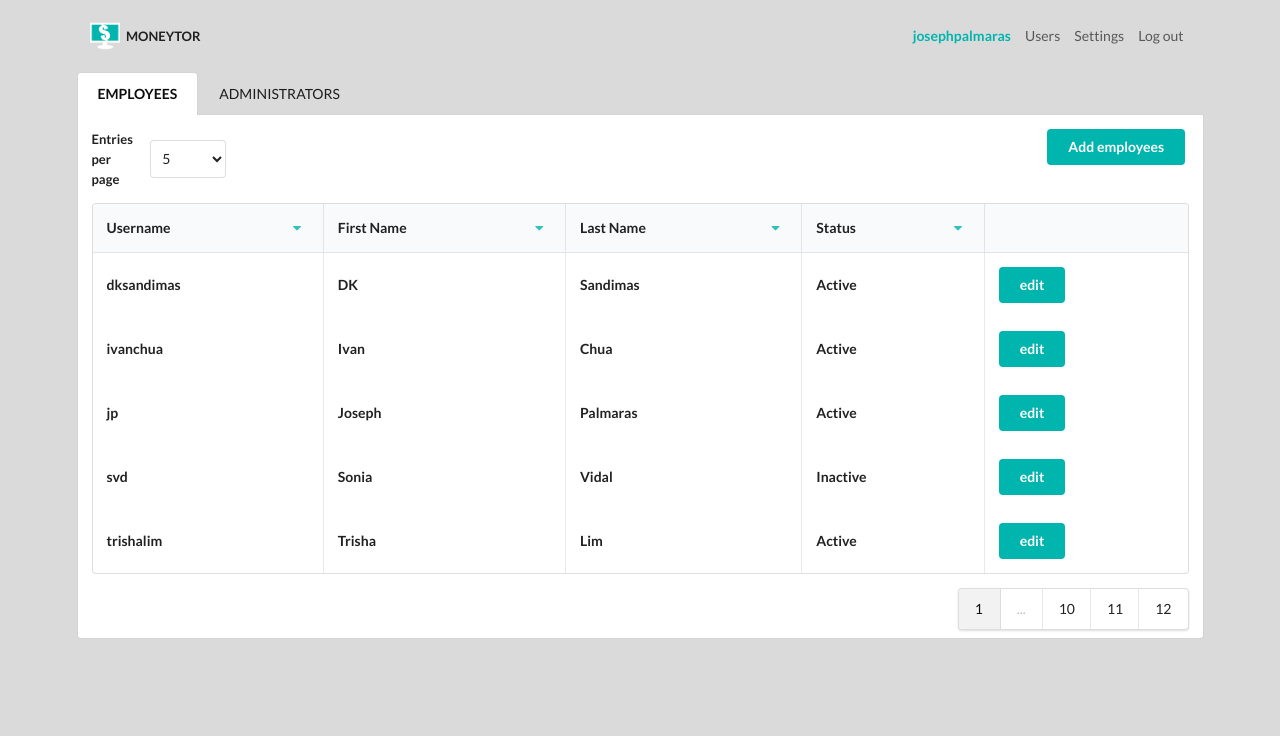
Repository: TV5/MoneyTor
Page: Workspace/MoneyTor/war/users.html
The author's editor kept a copy of each file at every save. The page is drawn from the files as they stood at one save, then again after the next save.
The browser window is 1280 px wide. The pictures show the whole page.

Above is the page before, as saved 2015-10-08 05:47:16.

After the next save:
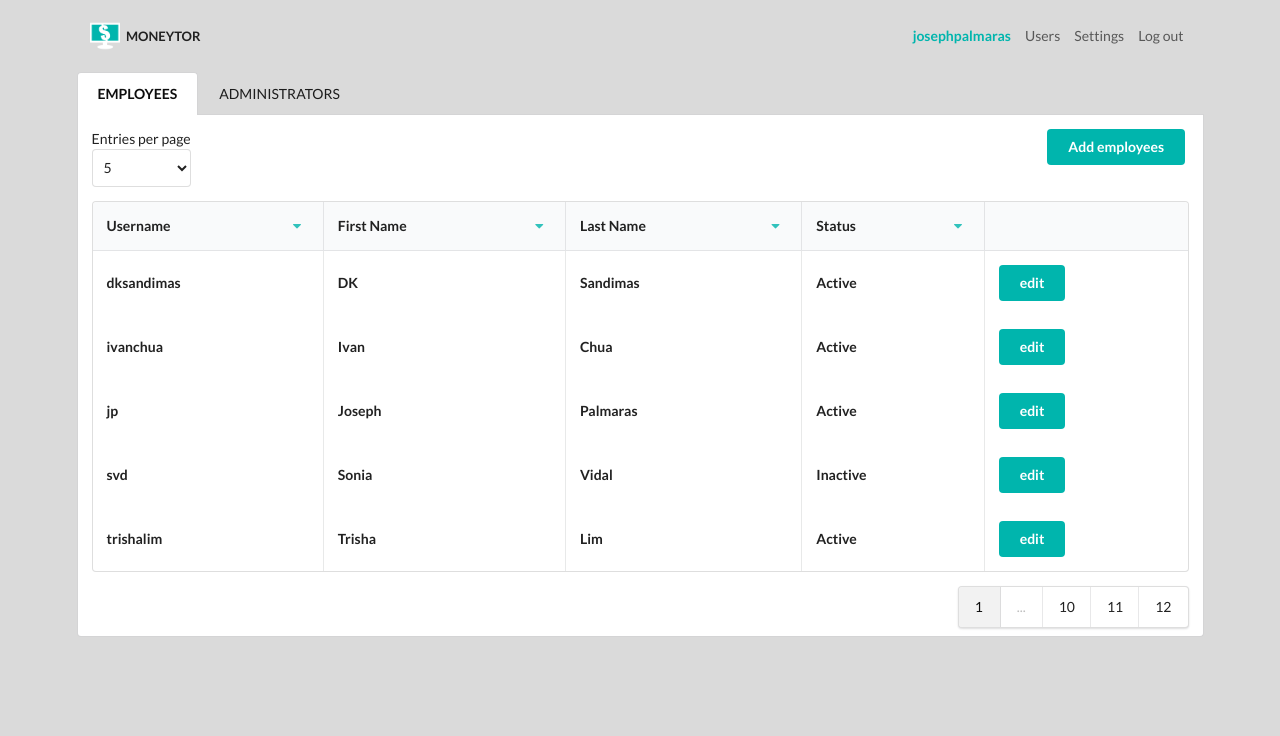
Saved 12 s later.
--- a/Workspace/MoneyTor/war/users.html
+++ b/Workspace/MoneyTor/war/users.html
@@ -87,7 +87,7 @@
 		<div class="ui bottom attached tab segment active" data-tab="employeesTab" style="padding-bottom:50px">
 			<div class="ui form ">
 		  	<div class="inline fields" style="float:left">
-		    <div class="thirteen wide field">
+		    <div >
 		      <label>Entries per page</label>
 	      	  <select class="ui dropdown">
 			  <option value="5">5</option>

After the save that followed:
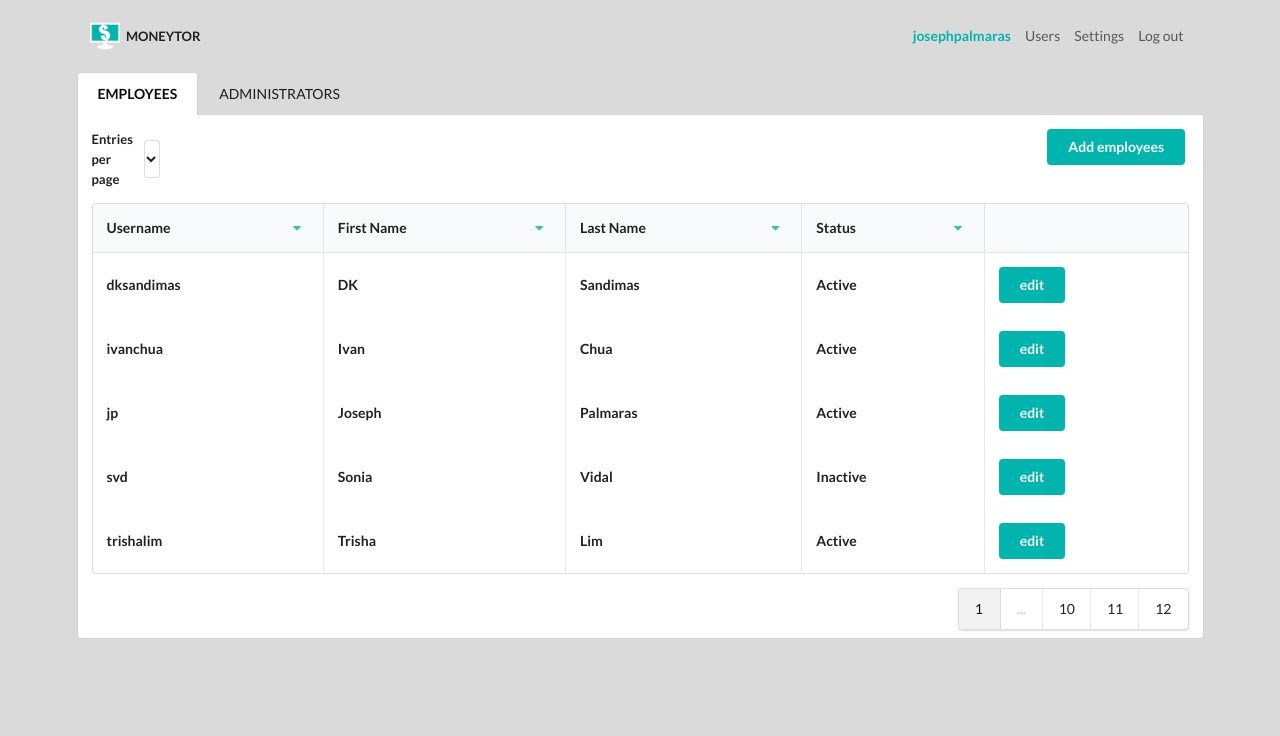
Saved 7 s later.
--- a/Workspace/MoneyTor/war/users.html
+++ b/Workspace/MoneyTor/war/users.html
@@ -87,7 +87,7 @@
 		<div class="ui bottom attached tab segment active" data-tab="employeesTab" style="padding-bottom:50px">
 			<div class="ui form ">
 		  	<div class="inline fields" style="float:left">
-		    <div >
+		    <div class="wide field">
 		      <label>Entries per page</label>
 	      	  <select class="ui dropdown">
 			  <option value="5">5</option>
